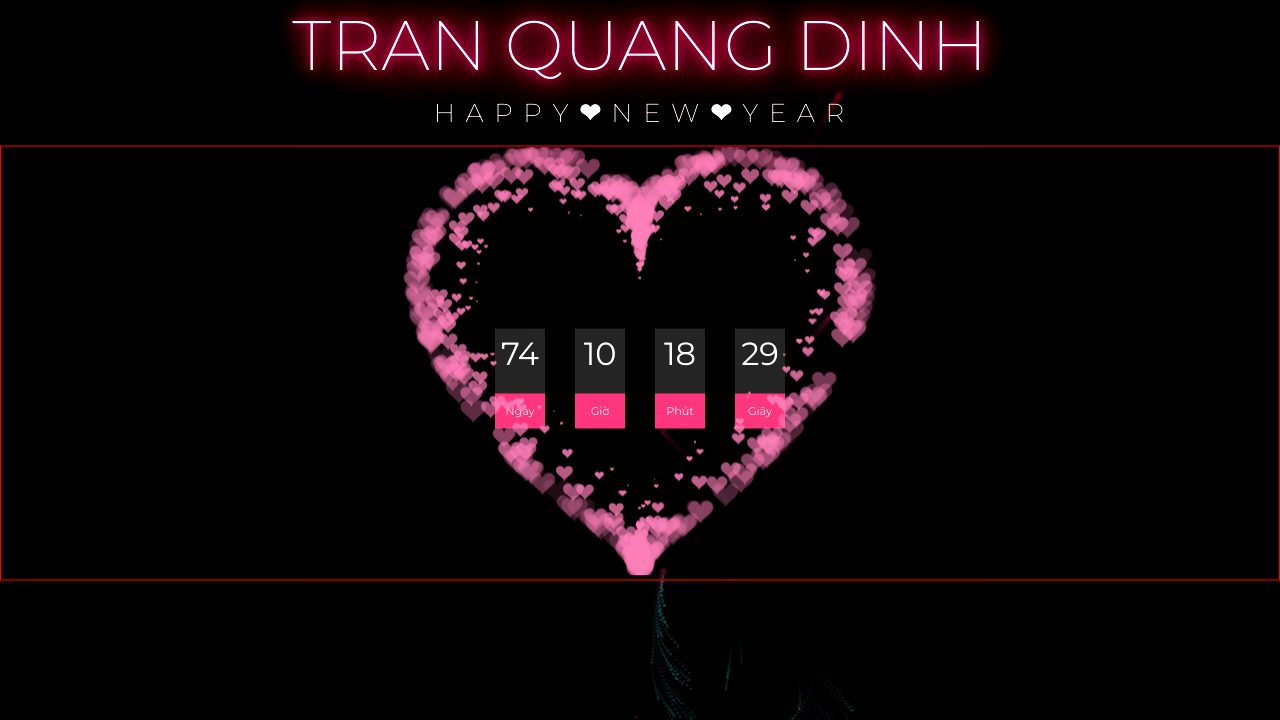
Repository: dinhtq-dev/heart-beat
Page: http://localhost/
An editor plug-in stored every save of this project. The page is shown before and after the next save, followed by the edit.
The browser window is 1280 px wide. The pictures show the whole page.
Some web libraries are served in a nearby version. The page is served by the project's Node server (app.js).

Above is the page before, as saved 2023-01-07 22:50:55.

After the next save:
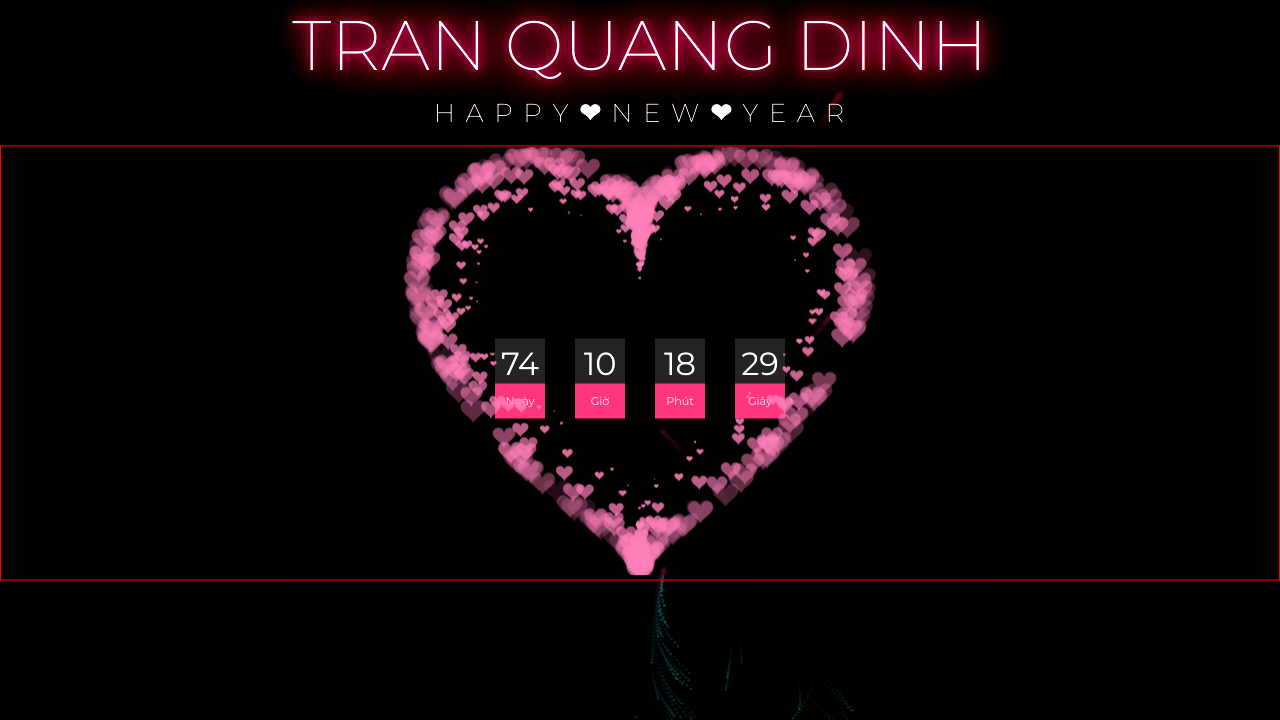
Saved 17 s later.
--- a/public/css/main.css
+++ b/public/css/main.css
@@ -268,7 +268,6 @@ img {
 .countdown div {
   position: relative;
   width: 50px;
-  height: 70px;
   line-height: 50px;
   text-align: center;
   background: #333;
